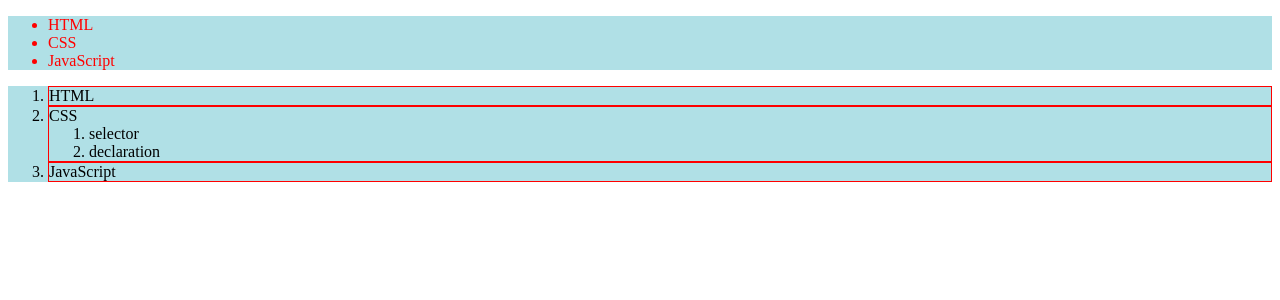
Repository: PareutPareut/frontend
Page: markDowns/htmlCssStudy/exRUN.html
These files come from the project's save history. The page is drawn as it stood at one moment and after the next save; the edit follows.
The browser window is 1280 px wide. The pictures show the whole page.

Above is the page before, as saved 2023-11-30 15:19:04.

After the next save:
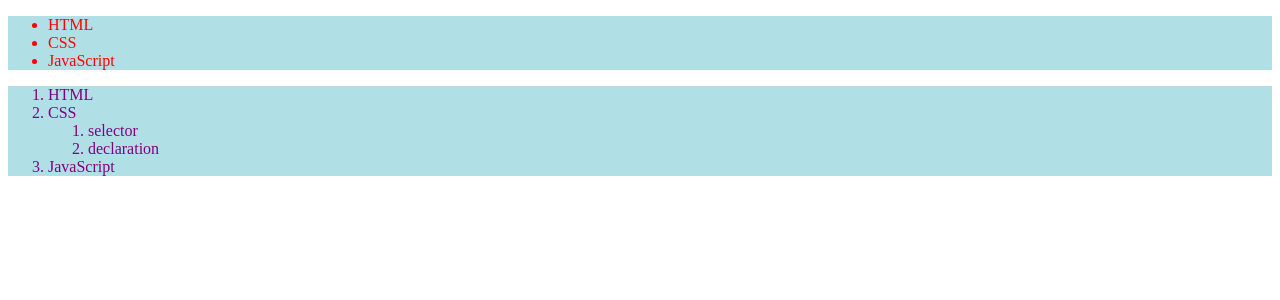
Saved 26 s later.
--- a/markDowns/htmlCssStudy/exRUN.html
+++ b/markDowns/htmlCssStudy/exRUN.html
@@ -6,7 +6,7 @@
         color:red;
       }
       #lecture>li{
-        border:1px solid red;
+        color:purple;
       }
       ul,ol{
         background-color: powderblue;

After the save that followed:
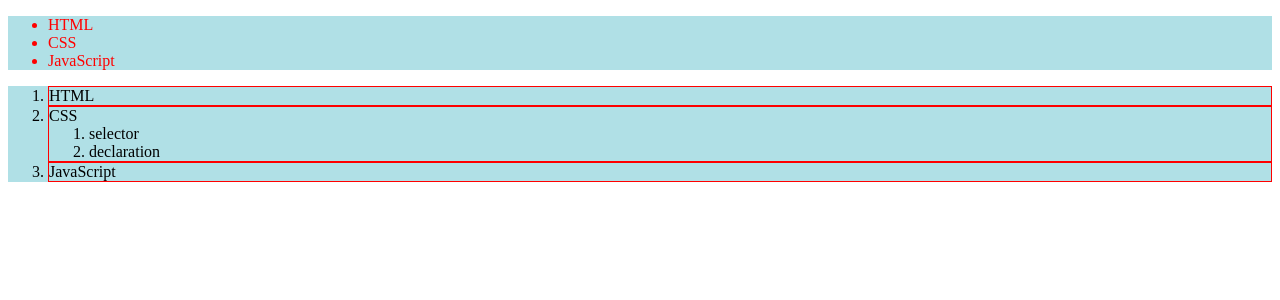
Saved 2 min 49 s later.
--- a/markDowns/htmlCssStudy/exRUN.html
+++ b/markDowns/htmlCssStudy/exRUN.html
@@ -6,7 +6,7 @@
         color:red;
       }
       #lecture>li{
-        color:purple;
+        border:1px solid red;
       }
       ul,ol{
         background-color: powderblue;
